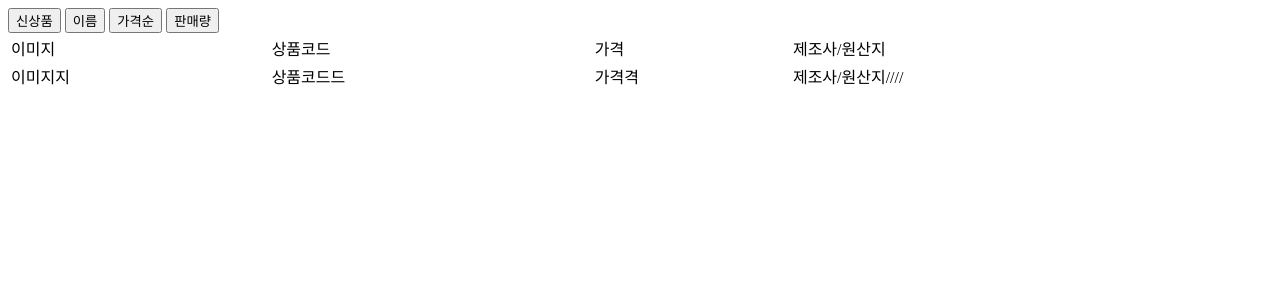
Repository: heeya90/ProjectShoppingMall
Page: http://localhost/ProjectShoppingMall/goods/goods_list.jsp
These files come from the project's save history. The page is drawn as it stood at one moment and after the next save; the edit follows.
The browser window is 1280 px wide. The pictures show the whole page.
The page is served by Tomcat 9.

Above is the page before, as saved 2012-07-30 08:00:16.

### ProjectShoppingMall/WebContent/goods/goods_list.jsp
<%@ page language="java" contentType="text/html; charset=EUC-KR"
    pageEncoding="EUC-KR"%>

	<div class="div_right">
		<input type="button" value="신상품">
		<input type="button" value="이름">
		<input type="button" value="가격순">
		<input type="button" value="판매량">
	</div>

	<table class="jw_normal_table" style="width:100%" >
		<tr>
			<td class="jw_theader">이미지</td>
			<td class="jw_theader">상품코드</td>
			<td class="jw_theader">가격</td>
			<td class="jw_theader">제조사/원산지</td>
		</tr>

		<tr>
			<td class="jw_td_center">이미지지</td>
			<td class="jw_td_center">상품코드드</td>
			<td class="jw_td_center">가격격</td>
			<td class="jw_td_center">제조사/원산지////</td>
		</tr>
	</table>

After the next save:
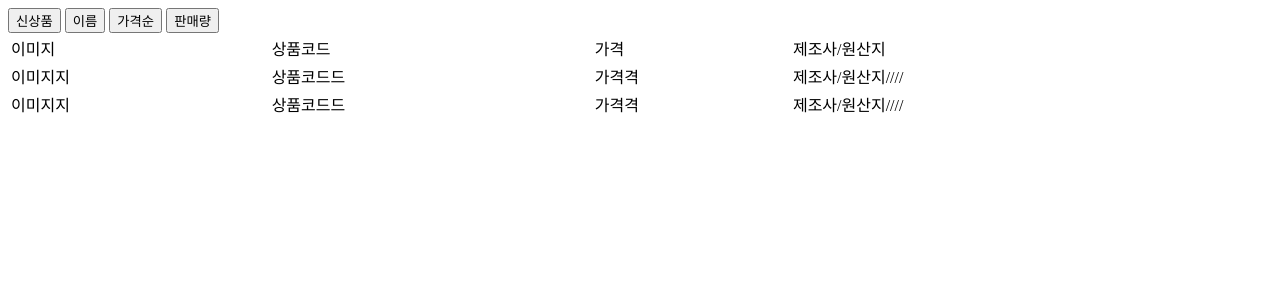
Saved 20 s later.
--- a/ProjectShoppingMall/WebContent/goods/goods_list.jsp
+++ b/ProjectShoppingMall/WebContent/goods/goods_list.jsp
@@ -22,4 +22,10 @@
 			<td class="jw_td_center">가격격</td>
 			<td class="jw_td_center">제조사/원산지////</td>
 		</tr>
+		<tr>
+			<td class="jw_td_center">이미지지</td>
+			<td class="jw_td_center">상품코드드</td>
+			<td class="jw_td_center">가격격</td>
+			<td class="jw_td_center">제조사/원산지////</td>
+		</tr>
 	</table>
